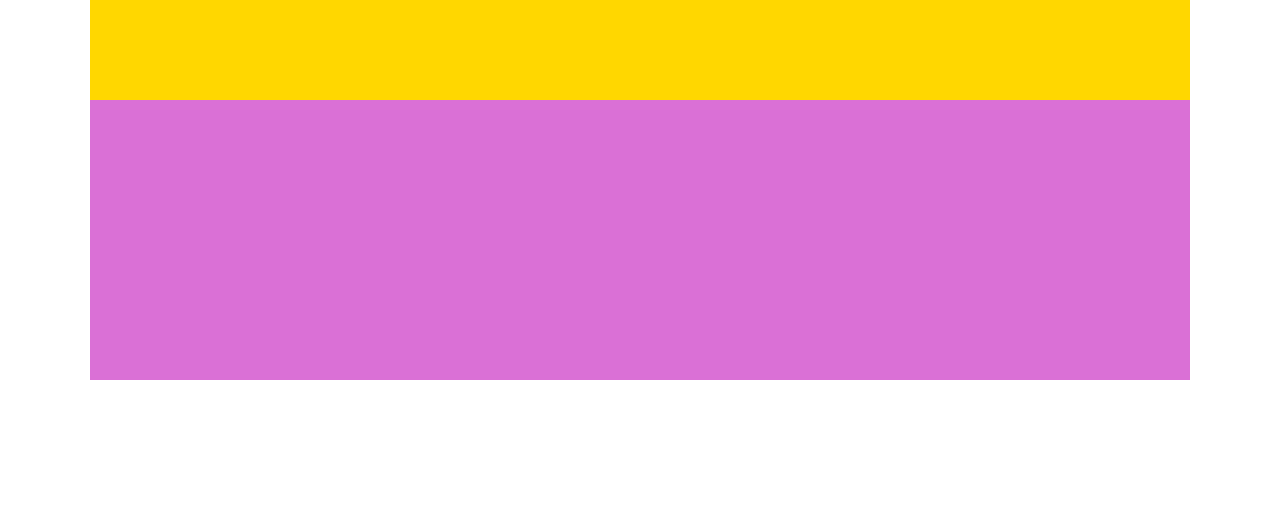
Repository: Hotmintchoco/SpringStudy
Page: HtmlTest/src/main/webapp/index4.html
The author's editor kept a copy of each file at every save. The page is drawn from the files as they stood at one save, then again after the next save.
The browser window is 1280 px wide. The pictures show the whole page.

Above is the page before, as saved 2022-05-03 07:45:56.

### HtmlTest/src/main/webapp/index4.html
<!DOCTYPE html>
<html>
<head>
<meta charset="EUC-KR">
<title>Index4</title>

<style>
	body {
		margin: 0; padding: 0; font-family: "맑은 고딕";
	}
	ul, ol, li { list-style: none; margin: 0; padding: 0; }

	header {
		width: 1100px; height: 100px; margin: 0 auto; background-color: gold;
	}

	#silder {
		width: 1100px; height: 450px; margin: 0 auto; background-color: #DA70D6;
	}

	section {
		width: 1100px; height: 280px; margin: 0 auto; background-color: #DA70D6;
	}
</style>
</head>
<body>

	<header></header>

	<div id="slider"></div>

	<section></section>

	<footer></footer>

</body>
</html>

After the next save:
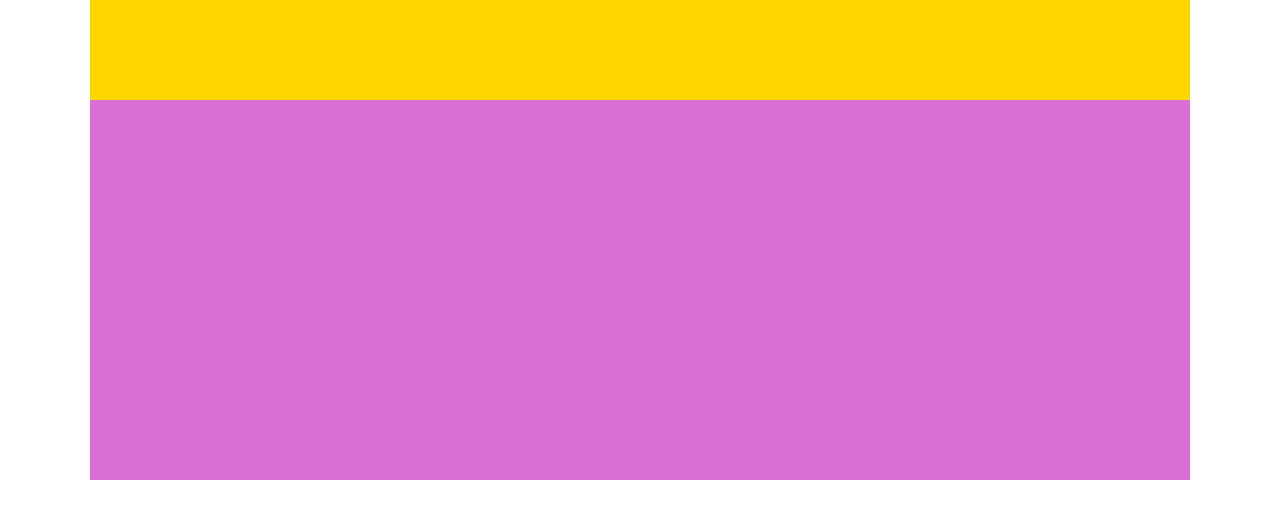
Saved 32 s later.
--- a/HtmlTest/src/main/webapp/index4.html
+++ b/HtmlTest/src/main/webapp/index4.html
@@ -21,6 +21,10 @@
 	section {
 		width: 1100px; height: 280px; margin: 0 auto; background-color: #DA70D6;
 	}
+
+	footer {
+		width: 1100px; height: 100px; margin: 0 auto; background-color: #DA70D6;
+	}
 </style>
 </head>
 <body>
